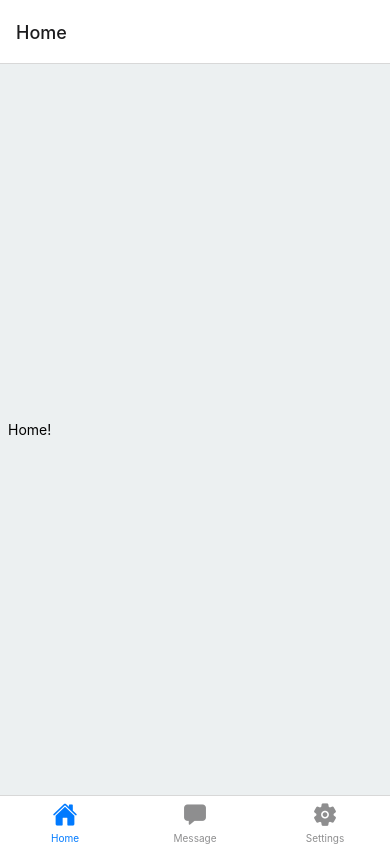
Repository: Waikato153/AwesomeProject
Screen: /
These files come from the project's save history. The screen is drawn as it stood at one moment and after the next save; the edit follows.
The app was drawn by React Native's web renderer in a window 390 px wide. The project was rebuilt for these pictures with package versions that can differ from the ones it lists, and the page was loaded fresh each time.

Above is the screen before, as saved 2024-02-28 08:10:17.

### App.js
import * as React from 'react';
import { Text, View, StyleSheet} from 'react-native';
import { NavigationContainer } from '@react-navigation/native';
import { createBottomTabNavigator } from '@react-navigation/bottom-tabs';
import { Ionicons } from '@expo/vector-icons';

function HomeScreen() {
  return (
    <View style={styles.container}>
      <Text>Home!</Text>
    </View>
  );
}

function SettingsScreen() {
  return (
    <View style={{ flex: 1, justifyContent: 'center', alignItems: 'center' }}>
      <Text>Settings!</Text>
    </View>
  );
}


const styles = StyleSheet.create({
  container: {
    flex: 1,
    justifyContent: 'center',
    backgroundColor: '#ecf0f1',
    padding: 8,
  },
  paragraph: {
    margin: 24,
    fontSize: 18,
    fontWeight: 'bold',
    textAlign: 'center',
  },
});

const Tab = createBottomTabNavigator();

function MyTabs() {
  return (

    <Tab.Navigator>
      <Tab.Screen
        name="Home"
        component={HomeScreen}
        options={{
          tabBarIcon: ({ color, size }) => (
            <Ionicons name="home" color={color} size={size} />
          ),
        }}
      />
      <Tab.Screen
        name="Message"
        component={SettingsScreen}
        options={{
          tabBarIcon: ({ color, size }) => (
            <Ionicons name="chatbox" color={color} size={size} />
          ),
        }}
      />
      <Tab.Screen
        name="Settings"
        component={SettingsScreen}
        options={{
          tabBarIcon: ({ color, size }) => (
            <Ionicons name="settings" color={color} size={size} />
          ),
        }}
      />
    </Tab.Navigator>



  );
}

export default function App() {
  return (
    <NavigationContainer>
      <MyTabs />
    </NavigationContainer>
  );
}

After the next save:
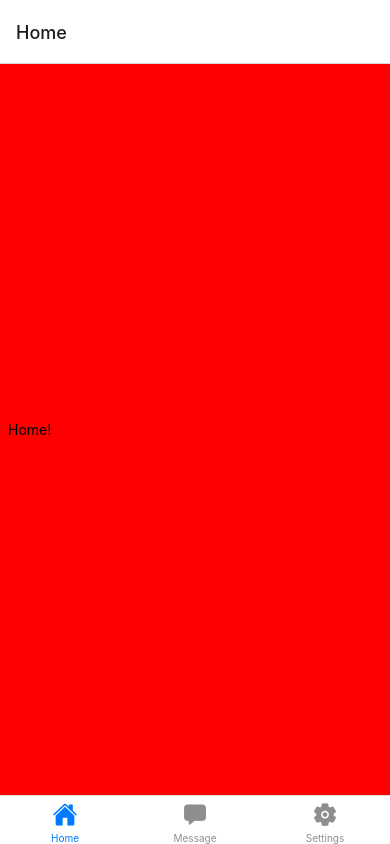
Saved 11 s later.
--- a/App.js
+++ b/App.js
@@ -25,7 +25,7 @@
   container: {
     flex: 1,
     justifyContent: 'center',
-    backgroundColor: '#ecf0f1',
+    backgroundColor: 'red',
     padding: 8,
   },
   paragraph: {

After the save that followed:
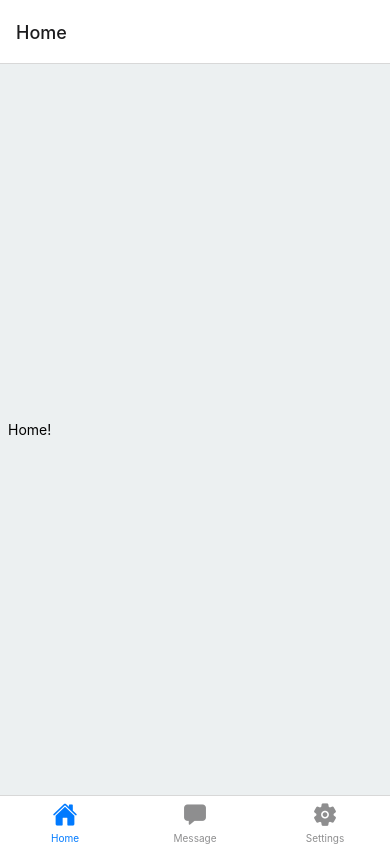
Saved 4 s later.
--- a/App.js
+++ b/App.js
@@ -25,7 +25,7 @@
   container: {
     flex: 1,
     justifyContent: 'center',
-    backgroundColor: 'red',
+    backgroundColor: '#ecf0f1',
     padding: 8,
   },
   paragraph: {
